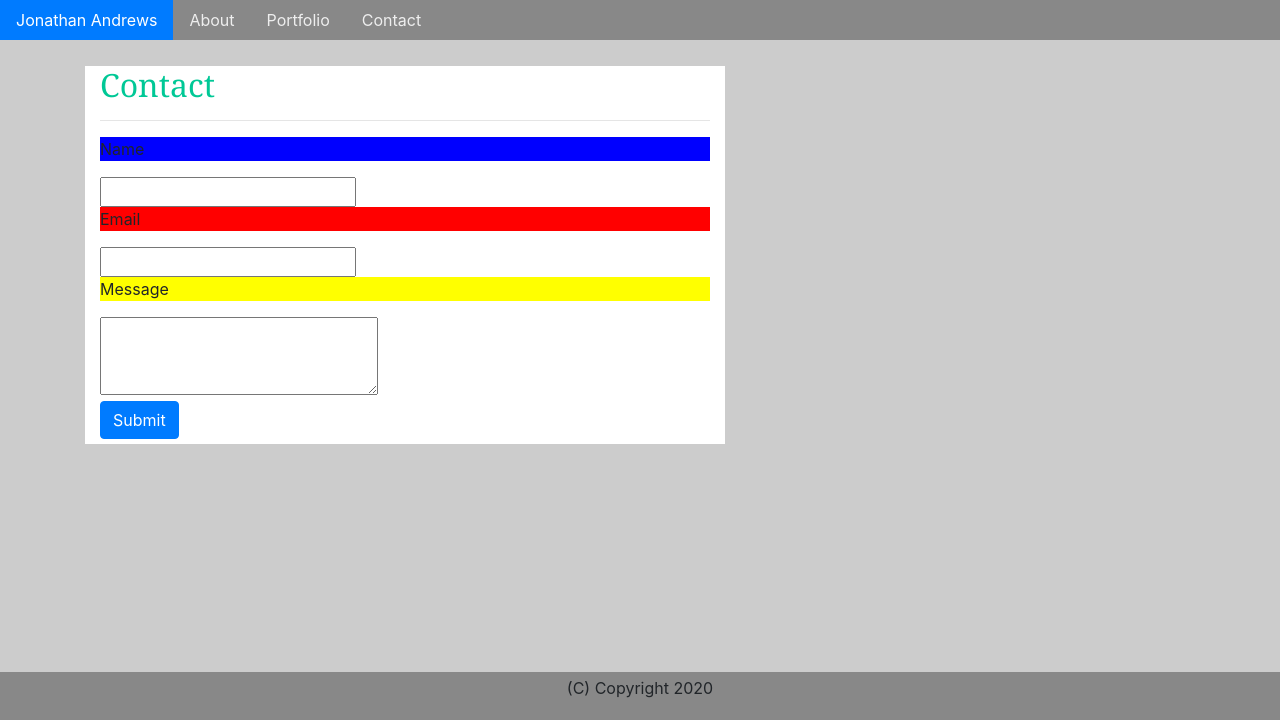
Repository: ionathas78/ionathas78.github.io
Page: contact.html
The author's editor kept a copy of each file at every save. The page is drawn from the files as they stood at one save, then again after the next save.
The browser window is 1280 px wide. The pictures show the whole page.

Above is the page before, as saved 2020-03-17 14:49:48.

After the next save:
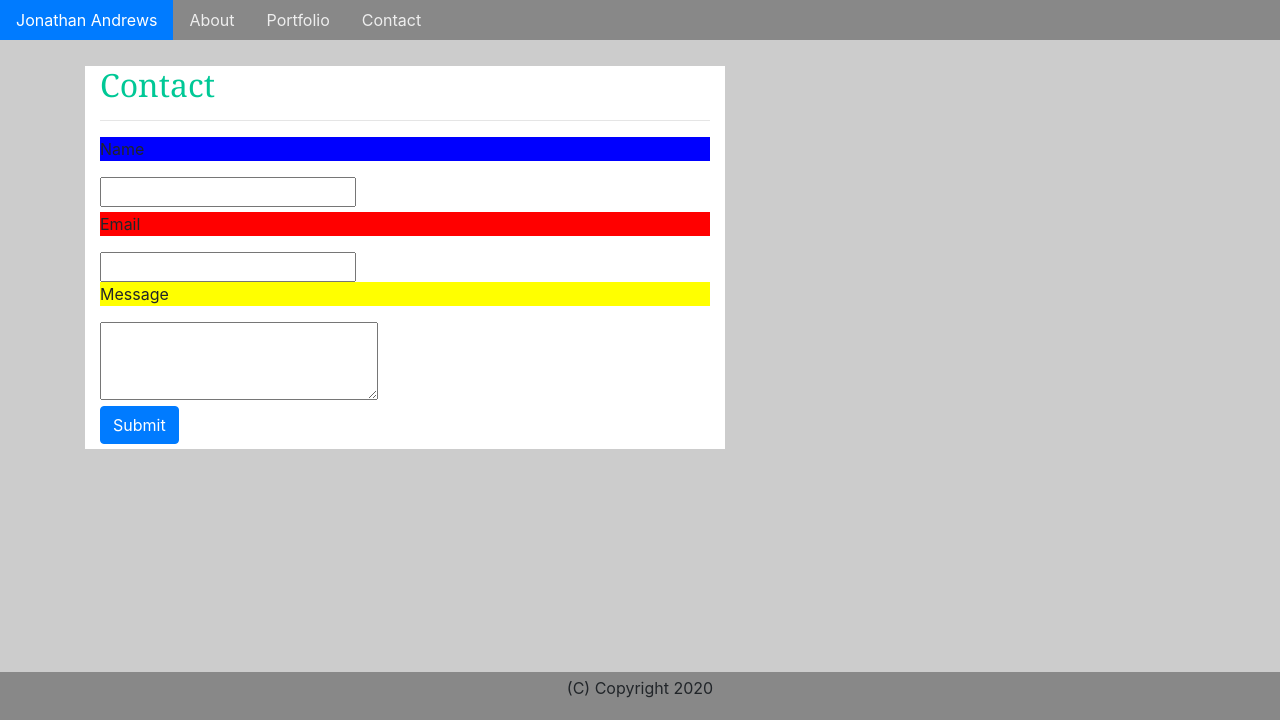
Saved 53 s later.
--- a/contact.html
+++ b/contact.html
@@ -35,7 +35,7 @@
 
                     </div>
                     <p style="background-color: blue;">Name</p>
-                    <input id="name"></input>
+                    <input id="name" style="margin-top: 0; margin-bottom: 5px;"></input>
                     <p style="background-color: red;">Email</p>
                     <input id="email"></input>
                     <p style="background-color: yellow;"">Message</p>
